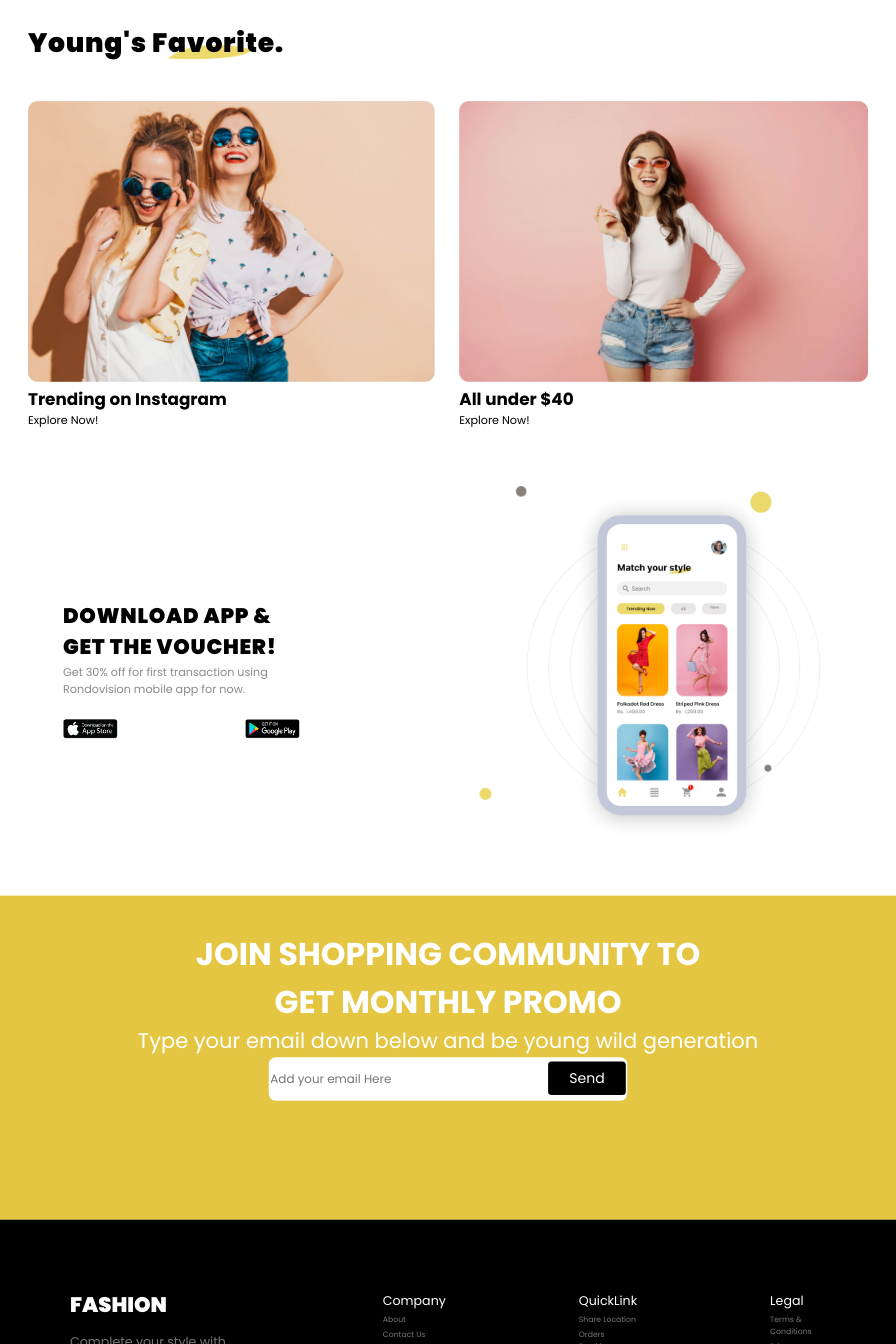
Repository: isaacCodes1/FashionWebsite
Page: index.html
An editor plug-in stored every save of this project. The page is shown before and after a run of saves, followed by the edit.
The browser window is 1280 px wide. The pictures show the part of the page from y = 2289 to 4209 px (the page is 4417 px tall), at 70% of full size.

Above is the page before, as saved 2024-03-14 11:16:23.

### index.html
<!DOCTYPE html>
<html lang="en">
  <head>
    <meta charset="UTF-8" />
    <meta name="viewport" content="width=device-width, initial-scale=1.0" />
    <title>Shopping Site Assignment</title>
    <link rel="stylesheet" href="style.css" />
  </head>
  <body>
    <header>
      <nav>
        <!--------- NavItems ------->
        <div class="image">
          <a href="#"><img src="/Assets/Vector (3).png" />FASHION</a>
        </div>
        <div class="navItems">
          <ul>
            <li><a href="#">CATALOGUE</a></li>
            <li><a href="#">FASHION</a></li>
            <li><a href="#">FAVORITE</a></li>
            <li><a href="#">LIFESTYLE</a></li>
          </ul>
          <button>SIGN UP</button>
        </div>
      </nav>
    </header>
    <main>
      <!------- FirstPage ------>
      <section class="firstPageCont">
        <div class="FirstPage">
          <div class="txtCont">
            <h1>
              <span class="spn1">LET'S <br /></span>EXPLORE <br />
              <span class="spn2">UNIQUE <br /></span>CLOTHES.
            </h1>
            <p>Live for Influential and Innovative fashion!</p>
            <div class="txtBtn">
              <img src="/Assets/Vector 9.png" alt="" />
              <button class="btns">Shop Now</button>
            </div>
          </div>
          <div class="imgCont">
            <div class="star1"><img src="/Assets/Star 11.png" alt="" /></div>
            <div class="star2"><img src="/Assets/Star 11.png" alt="" /></div>
            <div class="star3"><img src="/Assets/Star 11.png" alt="" /></div>
            <div class="star4"><img src="/Assets/Star 11.png" alt="" /></div>
            <img src="/Assets/girl.png" alt="" />
          </div>
        </div>
      </section>
      <!------ Logos ------->
      <section class="firstPageFooter">
        <div class="logoCont">
          <img src="/Assets/HM.png" alt="" />
          <img src="/Assets/Obey.png" alt="" />
          <img src="/Assets/Shopify.png" alt="" />
          <img src="/Assets/Lacoste.png" alt="" />
          <img src="/Assets/Levis.png" alt="" />
          <img src="/Assets/Amazon.png" alt="" />
        </div>
      </section>
      <section class="nextPageCont">
        <div class="nextPageText">
          <h1>NEW ARRIVALS</h1>
          <img src="/Assets/Vector 9.png" alt="" />
        </div>
        <div class="prettyImages">
          <div class="Images">
            <div class="prettyImg">
              <img src="/Assets/image1.png" alt="" />
            </div>
            <div class="prettyText">
              <div class="txtIcon">
                <h1>Hoodies & Sweatshirt</h1>
                <p>Explore Now!</p>
              </div>
              <div class="icons"></div>
            </div>
          </div>
          <div class="Images">
            <div class="prettyImg">
              <img src="/Assets/image2.png" alt="" />
            </div>
            <div class="prettyText">
              <div class="txtIcon">
                <h1>Coats & Parkas</h1>
                <p>Explore Now!</p>
              </div>
              <div class="icons"></div>
            </div>
          </div>
          <div class="Images">
            <div class="prettyImg">
              <img src="/Assets/image3.png" alt="" />
            </div>
            <div class="prettyText">
              <div class="txtIcon">
                <h1>Tees & T-Shirt</h1>
                <p>Explore Now!</p>
              </div>
              <div class="icons"></div>
            </div>
          </div>
        </div>
      </section>
      <section class="payDay">
        <div class="genDiv">
          <div class="yellowImg">
            <img src="/Assets/image 12.png" alt="" />
          </div>
          <div class="yellowTxt">
            <h1><span class="spn3">PAYDAY</span>SALE NOW</h1>
            <p>
              Spend minimal $100 get 30% off <br />voucher code for your next
              purchase
            </p>
            <p><strong>1 June -10 June 2021</strong></p>
            <p class="para">*Terms &Conditions apply</p>
            <button class="btn">SHOP NOW</button>
          </div>
        </div>
      </section>
      <!--------   Images   ------->
      <section class="nextPageCont">
        <div class="nextPageText">
          <h1>Young's Favorite.</h1>
          <img class="vector" src="/Assets/Vector 9.png" alt="" />
        </div>
        <div class="prettyImages">
          <div class="Images">
            <div class="prettyImg">
              <img src="/Assets/Girls.png" alt="" />
            </div>
            <div class="prettyText">
              <div class="txtIcon">
                <h1>Trending on Instagram</h1>
                <p>Explore Now!</p>
              </div>
              <div class="icons"></div>
            </div>
          </div>

          <div class="Images">
            <div class="prettyImg">
              <img src="/Assets/Rectangle 49.png" alt="" />
            </div>
            <div class="prettyText">
              <div class="txtIcon">
                <h1>All under $40</h1>
                <p>Explore Now!</p>
              </div>
              <div class="icons"></div>
            </div>
          </div>
        </div>
      </section>
      <!---- Apps----->
      <section class="nextPageCont2">
        <div class="nextPageText2">
          <h1>DOWNLOAD APP & <br />GET THE VOUCHER!</h1>
          <p>
            Get 30% off for first transaction using <br />Rondovision mobile app
            for now.
          </p>
          <div class="store">
            <a href="https://www.apple.com/store"
              ><img src="/Assets/Apple Store.png" alt=""
            /></a>
            <a href="https://play.google.com/store/games?hl=en&gl=US&pli=1"
              ><img src="/Assets/Google Play.png" alt=""
            /></a>
          </div>
        </div>
        <div class="Images2">
          <div class="prettyImg2">
            <img src="/Assets/Mobile app.png" alt="" />
            <div class="circle1"><img src="/Assets/circle.png" alt="" /></div>
            <div class="circley"><img src="/Assets/circle y.png" alt="" /></div>
            <div class="circleye">
              <img src="/Assets/circle y.png" alt="" />
            </div>
            <div class="circle2"><img src="/Assets/circle.png" alt="" /></div>
            <div class="bigC"><img src="/Assets/back1.png" alt="" /></div>
            <div class="largeC">
              <img src="/Assets/lagrescircle.png" alt="" />
            </div>
            <div class="largeC1">
              <img src="/Assets/lagrescircle.png" alt="" />
            </div>
          </div>
        </div>
        <div class="icons"></div>
      </section>
      <!------ Footer ------>
      <section class="footer">
        <div class="footerDiv">
          <div class="h1footer">
            <h1>
              JOIN SHOPPING COMMUNITY TO <br />
              GET MONTHLY PROMO
            </h1>
          </div>
          <div class="pFooter">
            <p>Type your email down below and be young wild generation</p>
            <div class="input">
              <input
                class="input"
                type="text"
                placeholder="Add your email Here"
              />
              <!-- <input class="inputbtn" type="button" value="SEND" /> -->
              <a href="#">Send</a>
            </div>
          </div>
        </div>
      </section>
      <section class="foot">
        <div class="footDiv">
          <div class="footTxt">
            <h1>FASHION</h1>
            <p>
              Complete your style with awesome <br />
              clothes from us.
            </p>
            <div class="socialIcons">
              <div class="icon">
                <img src="/Assets/Facebook.png" alt="" />
              </div>
              <div class="icon">
                <img src="/Assets/Instagram.png" alt="" />
              </div>
              <div class="icon">
                <img src="/Assets/Twitter.png" alt="" />
              </div>
              <div class="icon">
                <img src="/Assets/Linkedn.png" alt="" />
              </div>
            </div>
          </div>

          <div class="socialIcons">
            <div class="links">
              <div class="links1">Company</div>
              <div class="links2">About</div>
              <div class="links2">Contact Us</div>
              <div class="links2">Support</div>
              <div class="links2">Careers</div>
            </div>
            <div class="links">
              <div class="links1">QuickLink</div>
              <div class="links2">Share Location</div>
              <div class="links2">Orders Tracking</div>
              <div class="links2">Size Guide</div>
              <div class="links2">FAQs</div>
            </div>
            <div class="links">
              <div class="links1">Legal</div>
              <div class="links2">Terms & Conditions</div>
              <div class="links2">Privacy</div>
            </div>
          </div>
        </div>
      </section>
    </main>
  </body>
</html>

### style.css
@import url("https://fonts.googleapis.com/css2?family=Poppins:ital,wght@0,100;0,200;0,300;0,400;0,500;0,600;0,700;0,800;0,900;1,100;1,200;1,300;1,400;1,500;1,600;1,700;1,800;1,900&display=swap");
* {
  margin: 0;
  padding: 0;
  box-sizing: border-box;
  font-family: "Poppins", sans-serif;
}
nav {
  display: flex;
  align-items: center;
  justify-content: space-between;
  width: 100%;
  padding: 20px 40px;
}
.image a {
  display: flex;
  align-items: center;
  gap: 6px;
  text-decoration: none;
  color: #000;
  font-size: 16px;
  font-weight: 900;
}
.image a img {
  width: 16%;
}
.navItems {
  display: flex;
  gap: 30px;
  align-items: center;
}
.navItems ul {
  display: flex;
  gap: 30px;
  list-style: none;
}
.navItems ul li a {
  text-decoration: none;
  color: #000;
  font-size: 16px;
  font-weight: 500;
}
.navItems ul li:hover {
  transform: scale(1.05);
  transition: 1s ease-in-out;
}
.navItems button {
  border: 0;
  background: #000;
  padding: 10px 20px;
  color: #fff;
  border-radius: 5px;
  font-size: 13px;
}
.navItems button:hover {
  transform: scale(1.05);
  transition: 1s ease-in-out;
  color: #000;
  background: rgb(137, 136, 136);
}
/* firstPageCtn */
.firstPageCont {
  padding: 20px 40px;
}
.FirstPage {
  display: flex;
  flex: 1;
  width: 100%;
  height: 90vh;
  padding: 40px 10px 0px 10px;
  border-radius: 30px;
  background: #f4f6f5;
}
.txtCont {
  display: flex;
  flex: 0.5;
  flex-direction: column;
  gap: 10px;
  padding-left: 40px;
}

.txtCont h1 {
  font-size: 64px;
  font-weight: 900;
  width: 50%;
  line-height: 75px;
}

.txtCont p {
  font-size: 20px;
}
.txtBtn {
  display: flex;
  align-items: center;
  width: 80%;
  margin-top: 10px;
  gap: 10px;
}
.btns {
  border: 0;
  background: #000;
  padding: 10px 20px;
  color: #fff;
  border-radius: 5px;
  font-size: 13px;
}
.btns:hover {
  transform: scale(1.05);
  transition: 1s ease-in-out;
  color: #000;
  background: rgb(137, 136, 136);
}
.txtBtn img {
  width: 100px;
}
.imgCont {
  flex: 0.5;
  display: flex;
  position: relative;
}
.star1 {
  position: absolute;
  top: 5px;
  left: 10px;
}
.star1 img {
  width: 30px;
}
.star2 {
  position: absolute;
  top: 20px;
  left: 450px;
}
.star2 img {
  width: 30px;
}
.star3 {
  position: absolute;
  bottom: 10px;
  left: 70px;
}
.star3 img {
  width: 30px;
}
.star4 {
  position: absolute;
  bottom: 20px;
  left: 400px;
}
.star4 img {
  width: 30px;
}
.spn1 {
  display: flex;
  align-items: center;
  background-image: url(/Assets/rectangle1.png);
  background-size: cover;
  background-repeat: no-repeat;
  width: 100%;
  padding-left: 20px;
}
.spn2 {
  background-image: url(/Assets/Rectangle2.png);
  background-size: cover;
  background-repeat: no-repeat;
  padding-right: 50px;
  padding-left: 20px;
}
/* next Page */
.firstPageFooter {
  background: #ebd96b;
  padding: 20px 30px;
  display: flex;
  align-items: center;
  justify-content: center;
}
.logoCont {
  display: flex;
  justify-content: center;
  gap: 50px;
}
.logoCont img {
  width: 7%;
}
.nextPageCont {
  margin-top: 20px;
  padding: 20px 40px;
  display: flex;
  flex-direction: column;
  gap: 55px;
  margin-bottom: 50px;
}
.nextPageText {
  position: relative;
}
.nextPageText h1 {
  font-size: 38px;
  letter-spacing: 1px;
  font-weight: 900;
}
.nextPageText img {
  position: absolute;
  bottom: 5px;
  left: 200px;
  width: 10%;
  z-index: -1;
}
.prettyImages {
  display: flex;
  gap: 35px;
}

.prettyImg img {
  width: 100%;
}
.payDay {
  background: linear-gradient(
    1.32deg,
    #e0c340 0.13%,
    #dfc23e 3.97%,
    #e1c441 7.2%,
    #e3c743 10.13%,
    #e4c542 12.98%,
    #e6c744 15.99%,
    #e7c845 19.52%,
    #e5c643 23.96%,
    #e6c945 30.43%,
    #e3c743 36.49%,
    #e9ca48 42.49%,
    #edce49 49.35%,
    #f0d44c 55.42%,
    #f4d84f 61.43%,
    #f6da52 65.74%,
    #f7db53 72.23%,
    #f9dd55 77.43%,
    #f9df56 83.84%,
    #fae157 91.52%,
    #f9df56 97.87%
  );
}
.yellowTxt {
  flex-direction: column;
  margin-bottom: 10px;
}
.yellowTxt h1 {
  font-size: 65px;
  font-weight: 900;
}
.yellowTxt p {
  font-size: 22px;
  font-weight: 500;
}

.yellowImg img {
  flex: 0.5;
  display: flex;
  width: 600px;
  position: relative;
}

.genDiv {
  display: flex;
  align-items: center;
}
.btn {
  border: 0;
  background: #000;
  padding: 15px 25px;
  color: #fff;
  border-radius: 5px;
  font-size: 18px;
  font-weight: 500;
}
.btn:hover {
  transform: scale(1.05);
  transition: 1s ease-in-out;
  color: #000;
  background: rgb(137, 136, 136);
}
.spn3 {
  display: flex;
  background-image: url(/Assets/rectangle1.png);
  background-size: cover;
  background-repeat: no-repeat;
  width: 300px;
}
.nxtSect {
  margin-top: 20px;
  padding: 20px 40px;
  display: flex;
  flex-direction: column;
  gap: 50px;
  margin-bottom: 50px;
}
.nxtSectText {
  position: relative;
}
.nxtSectText h1 {
  font-size: 38px;
  letter-spacing: 1px;
  font-weight: 900;
}
.nxtSectText img {
  position: absolute;
  bottom: 6px;
  left: 250px;
  width: 10%;
  z-index: -1;
}
.assetText {
  display: flex;
  flex-direction: column;
}

/* storeSection */
.nextPageCont1 {
  margin-top: 20px;
  padding: 20px 40px;
  display: flex;
  flex-direction: column;
  gap: 50px;
  margin-bottom: 50px;
}
.nextPageText1 {
  position: relative;
  margin-left: 70px;
}
.nextPageText1 h1 {
  font-size: 38px;
  letter-spacing: 1px;
  font-weight: 900;
}
.prettyImages1 {
  display: flex;
  gap: 35px;
}
.prettyImg1 img {
  width: 40%;
  cursor: pointer;
}
.Images2 {
  display: flex;
}
.prettyImg2 {
  position: relative;
}
.prettyImg2 img {
  width: 70;
  height: 500px;
  margin-left: 70px;
}
.nextPageCont2 {
  margin-top: 20px;
  padding: 20px 40px;
  display: flex;
  gap: 50px;
  margin-bottom: 50px;
  display: flex;
  justify-content: space-between;
  align-items: center;
}
.nextPageText2 {
  display: flex;
  flex-direction: column;
  margin-left: 50px;
}
.nextPageText2 p {
  margin-bottom: 30px;
  color: #898a89;
}
.nextPageText2 h1 {
  font-size: 30px;
  letter-spacing: 1px;
  font-weight: 900;
}
.nextPageText2 img {
  width: 30%;
  cursor: pointer;
  display: flex;
}
.store {
  display: flex;
  justify-content: space-between;

}
.store a{
   /* display: flex;  */
   width: 260px;
   gap: 10px;
  /* justify-content: space-between; */
}
.circle1 {
  position: absolute;
  right: 350px;
  bottom: 500px;
}
.circle1 img {
  width: 15px;
  height: 15px;
  display: flex;
}
.circley {
  position: absolute;
  right: 0;
  bottom: 470px;
}
.circley img {
  width: 30px;
  height: 30px;
}
.circleye {
  position: absolute;
  right: 400px;
  bottom: 60px;
}
.circleye img {
  width: 17px;
  height: 17px;
}
.circle2 {
  position: absolute;
  right: 0;
  bottom: 100px;
}
.circle2 img {
  width: 10px;
  height: 10px;
}
.elipses {
  position: absolute;
}
.bigC {
  position: absolute;
  right: -12px;
  bottom: 100px;
  z-index: -1;
}
.bigC img {
  width: 300px;
  height: 300px;
  background: transparent;
}

.largeC {
  position: absolute;
  right: -41px;
  bottom: 70px;
  z-index: -1;
}
.largeC img {
  width: 360px;
  height: 360px;
  /* background: transparent; */
}
.largeC1 {
  position: absolute;
  right: -70px;
  bottom: 50px;
  z-index: -1;
}
.largeC1 img {
  width: 420px;
  height: 400px;
}
.footerDiv {
  background: #e5c643;
  padding-bottom: 170px;
}
.h1footer {
  color: #fff;
  text-align: center;
  padding-top: 50px;
  font-size: 30px;
  font-weight: 1000;
}
.pFooter {
  display: flex;
  flex-direction: column;
  justify-content: center;
  align-items: center;
  text-align: center;
  color: #fff;
  font-size: 30px;
}

.input {
  background: #fff;
  width: 40%;
  padding: 5px 0px;
  border-radius: 10px;
}
.input input {
  background: none;
  border: 0;
  padding: 13px 0px 13px 0px;
  width: 76%;
  font-size: 17px;
  outline: 0;
}
.input a {
  font-size: 20px;
  text-decoration: 0;
  color: #fff;
  background: #000;
  padding: 10px 30px;

  border-radius: 5px;
}
.footDiv {
  display: flex;
  background: #000;

  place-items: center;
  padding: 100px;
}

.footTxt {
  display: flex;
  flex-direction: column;
  gap: 15px;
}
.footTxt h1 {
  color: #fff;
  font-size: 30px;
  font-weight: 900;
}
.footTxt p {
  color: #777;
  font-size: 18px;
}
.socialIcons {
  display: flex;
  gap: 20px;
}

.icon {
  background: #ebd96b;
  width: 30px;
  display: flex;
  align-items: center;
  justify-content: center;
  height: 30px;
  border-radius: 8px;
}
.icon img {
  display: flex;
  align-items: center;
  width: 40px;
  place-items: center;
}
.links {
  margin-left: 150px;
  padding-right: 20px;
  margin-bottom: 50px;
}
.links1 {
  display: flex;
  flex-direction: column;
  color: #fff;
  font-size: 18px;
  margin-top: 0px;
}
.links2 {
  color: #777;
  font-size: 11px;
  padding-top: 5px;
}

After the next 2 saves:
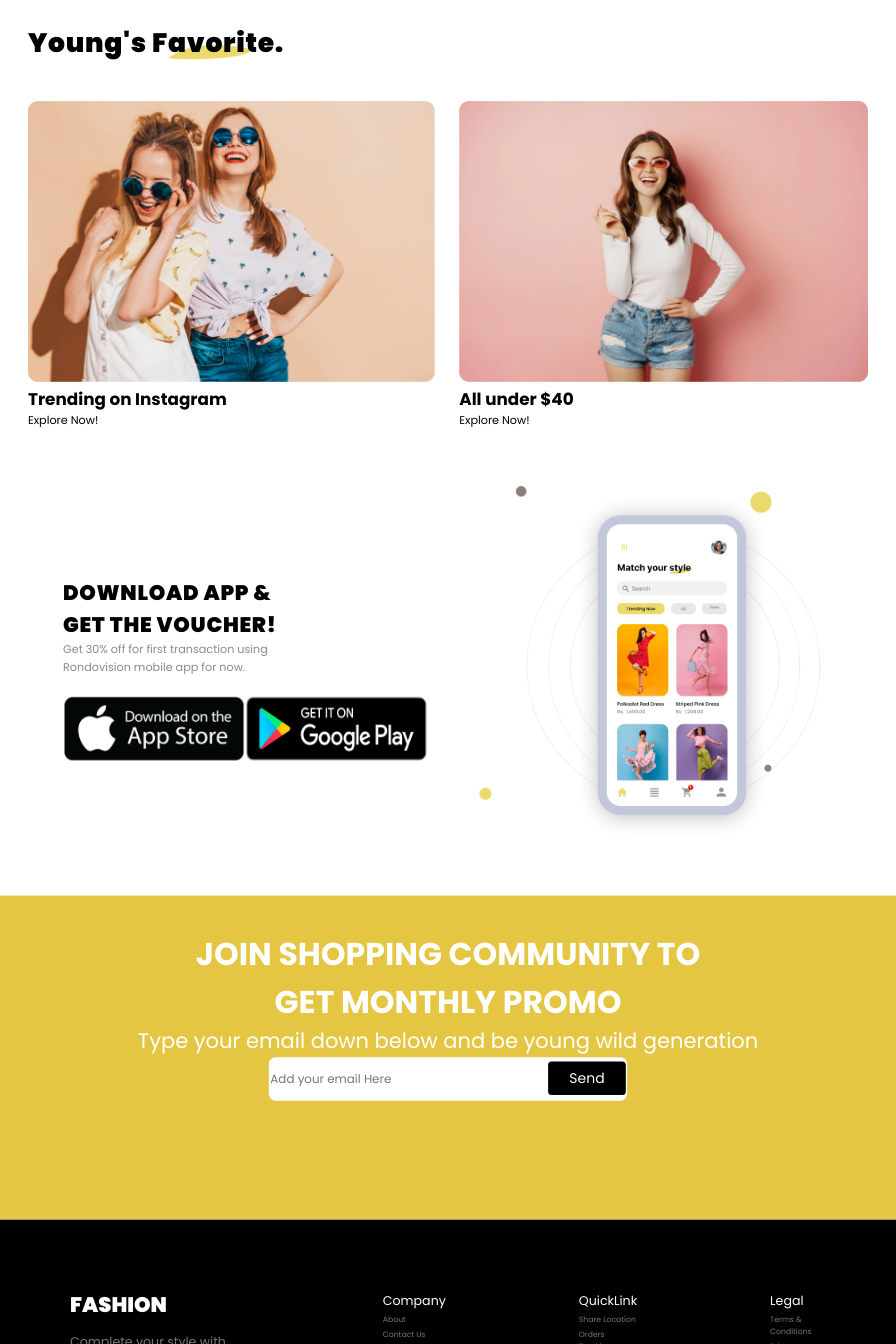
The 2 saves are shown as one change because they came seconds apart.
The last was saved 17 s later.
--- a/style.css
+++ b/style.css
@@ -383,7 +383,7 @@
   justify-content: space-between;
 
 }
-.store a{
+.store a img{
    /* display: flex;  */
    width: 260px;
    gap: 10px;
